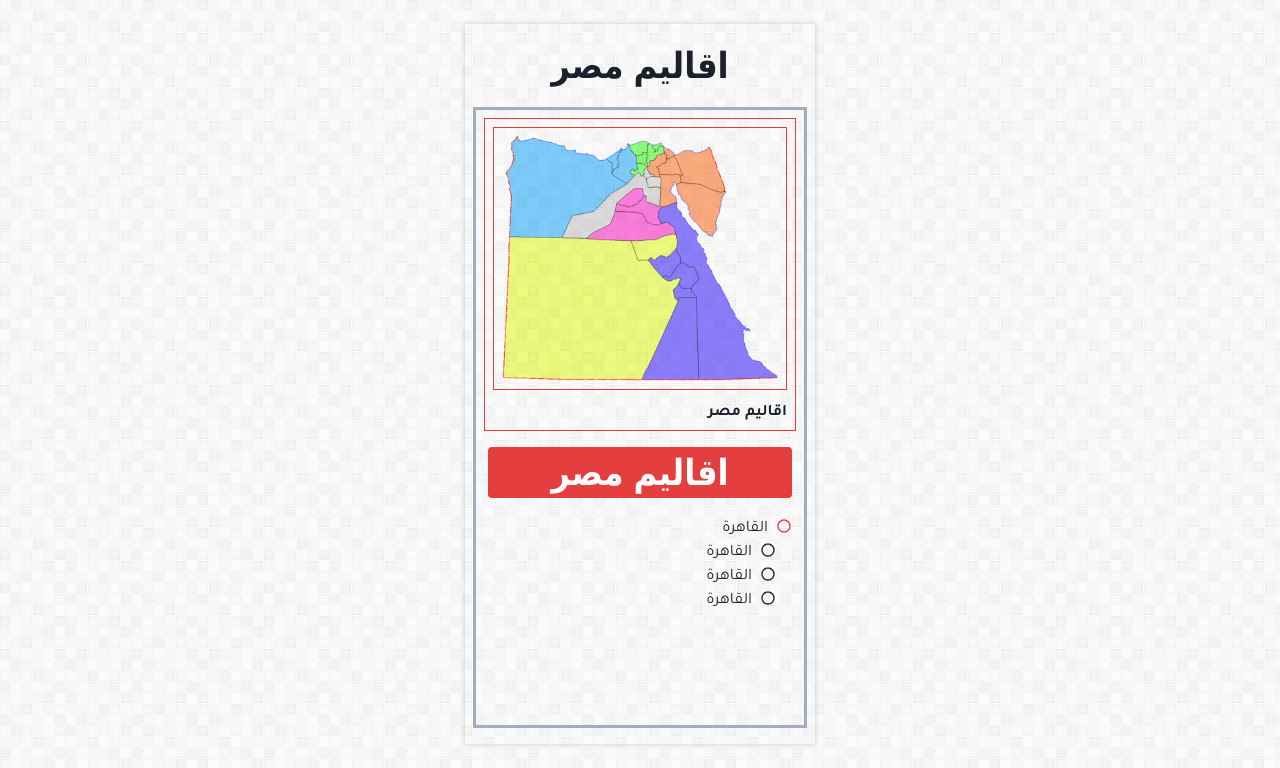
Repository: ahmed-mohamed-eng/egypt-gov-map
Page: /
The author's editor kept a copy of each file at every save. The page is drawn from the files as they stood at one save, then again after the next save.
The browser window is 1280 px wide. The pictures show the whole page.
Some web fonts or font styles are not loaded; a fallback is used. The project was rebuilt for these pictures with package versions that can differ from the ones it lists, and the page was loaded fresh each time. The framework's server and built-in components were replaced by stand-ins that run in the browser. Also part of the build but not shown: next.config.js.

Above is the page before, as saved 2022-05-30 13:38:18.

After the next save:
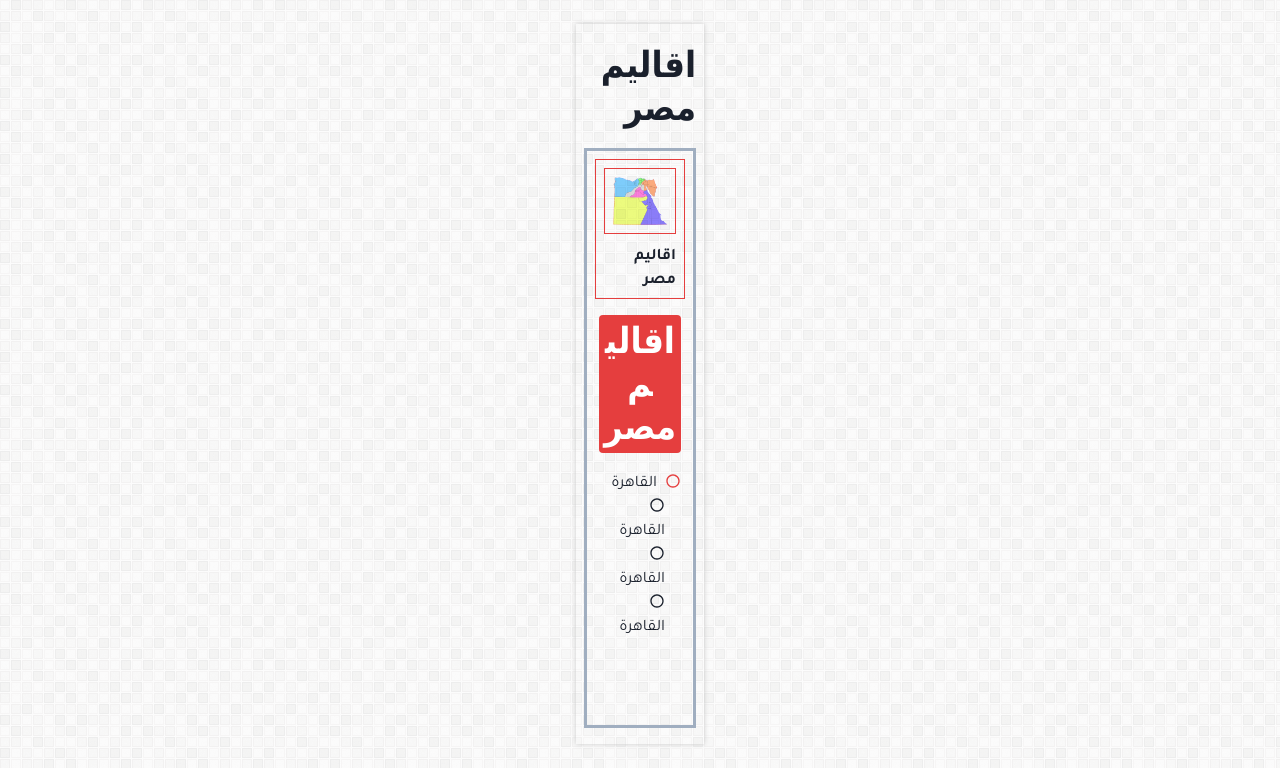
Saved 9 s later.
--- a/components/PageContainer/PageContainer.tsx
+++ b/components/PageContainer/PageContainer.tsx
@@ -7,7 +7,7 @@ export const PageContainer = (props: any) => {
     <Flex backgroundImage={`url(../../images/backgroundImage.png)`}>
       <Center w="full" h="full" py="1.5rem">
         <VStack
-          width={["350px"]}
+          width={["10vw"]}
           minH="100vh"
           boxShadow="0 0 5px #CACACA"
           py="1rem"
